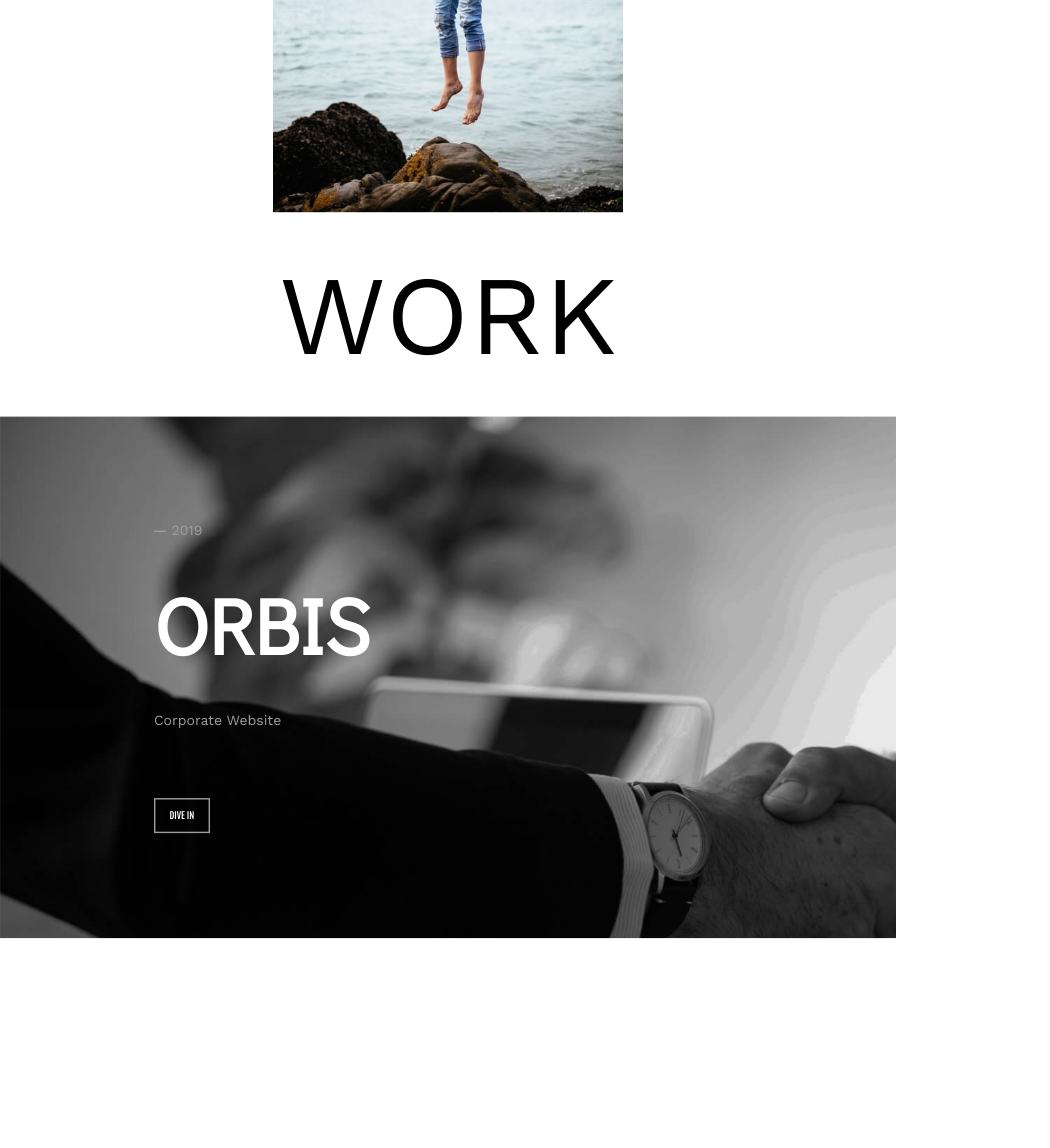
Repository: m0lt/DigitalDesigner
Page: index.html
An editor plug-in stored every save of this project. The page is shown before and after the next save, followed by the edit.
The browser window is 1280 px wide. The page is 1280 px wide, then 1500 px, then 1280 px, so the pictures cover 1500 px, including what lies to the right of the window. The pictures show the part of the page from y = 813 to 2453 px (the page is 2453 px tall before and 2103 px after), at 70% of full size.
Backgrounds fixed to the window are drawn as part of the page.

Above is the page before, as saved 2025-07-08 11:03:46.

After the next save:
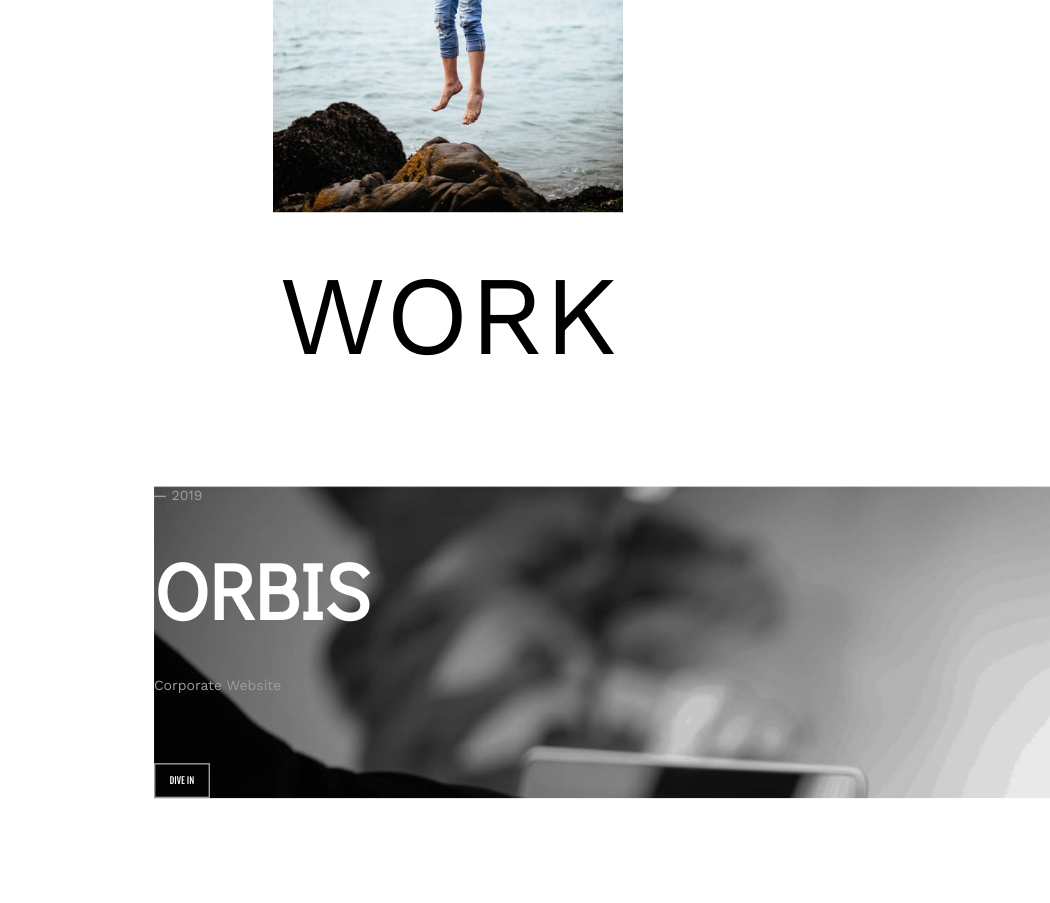
Saved 13 s later.
--- a/assets/css/styles.css
+++ b/assets/css/styles.css
@@ -46,7 +46,7 @@
 
 .content {
   margin: 0 auto;
-  padding: 150px 220px;
+  margin: 150px 220px;
   width: 100vw;
   background-repeat: no-repeat;
   background-attachment: fixed;

After the save that followed:
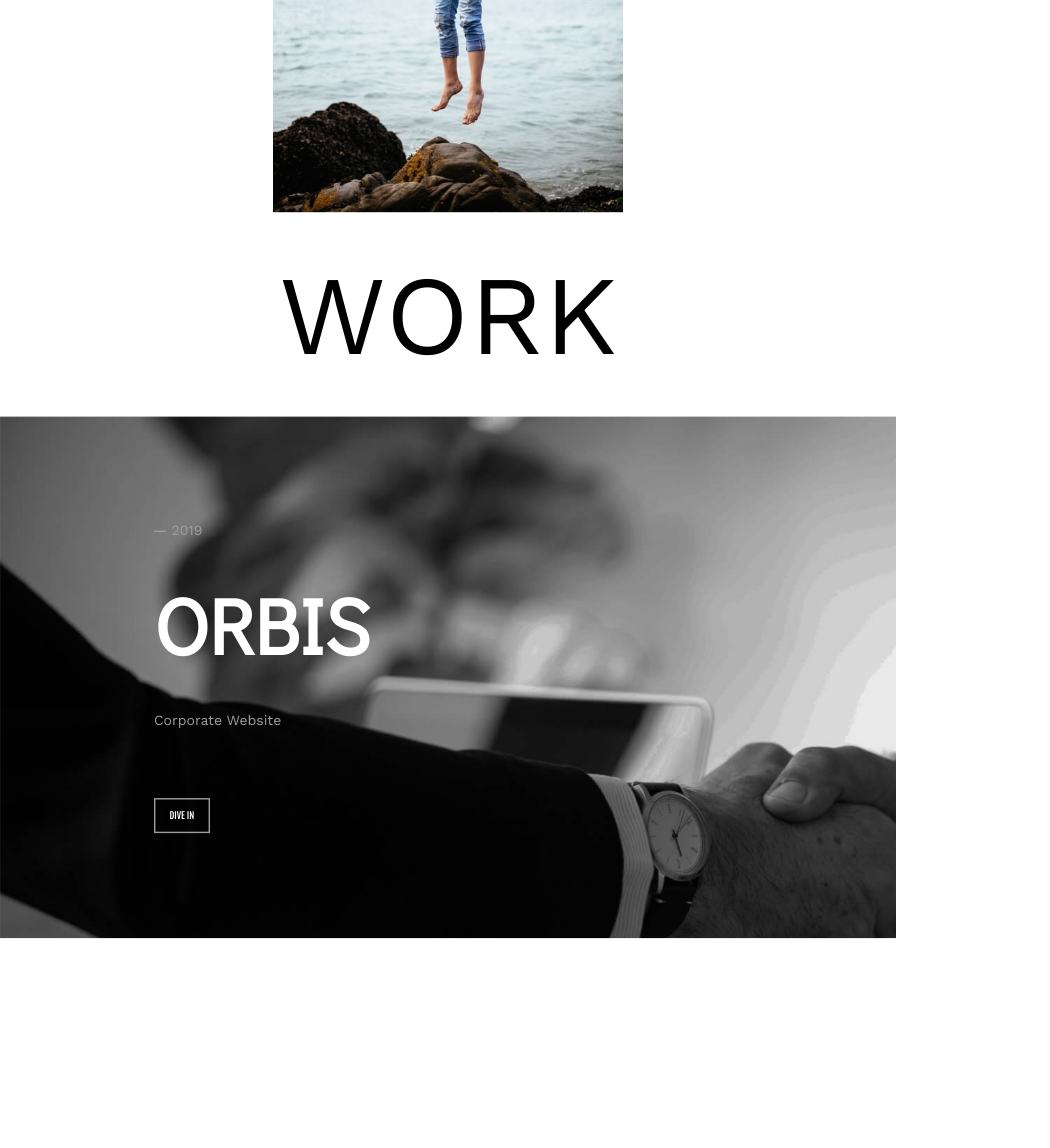
Saved 8 s later.
--- a/assets/css/styles.css
+++ b/assets/css/styles.css
@@ -46,7 +46,7 @@
 
 .content {
   margin: 0 auto;
-  margin: 150px 220px;
+  padding: 150px 220px;
   width: 100vw;
   background-repeat: no-repeat;
   background-attachment: fixed;
